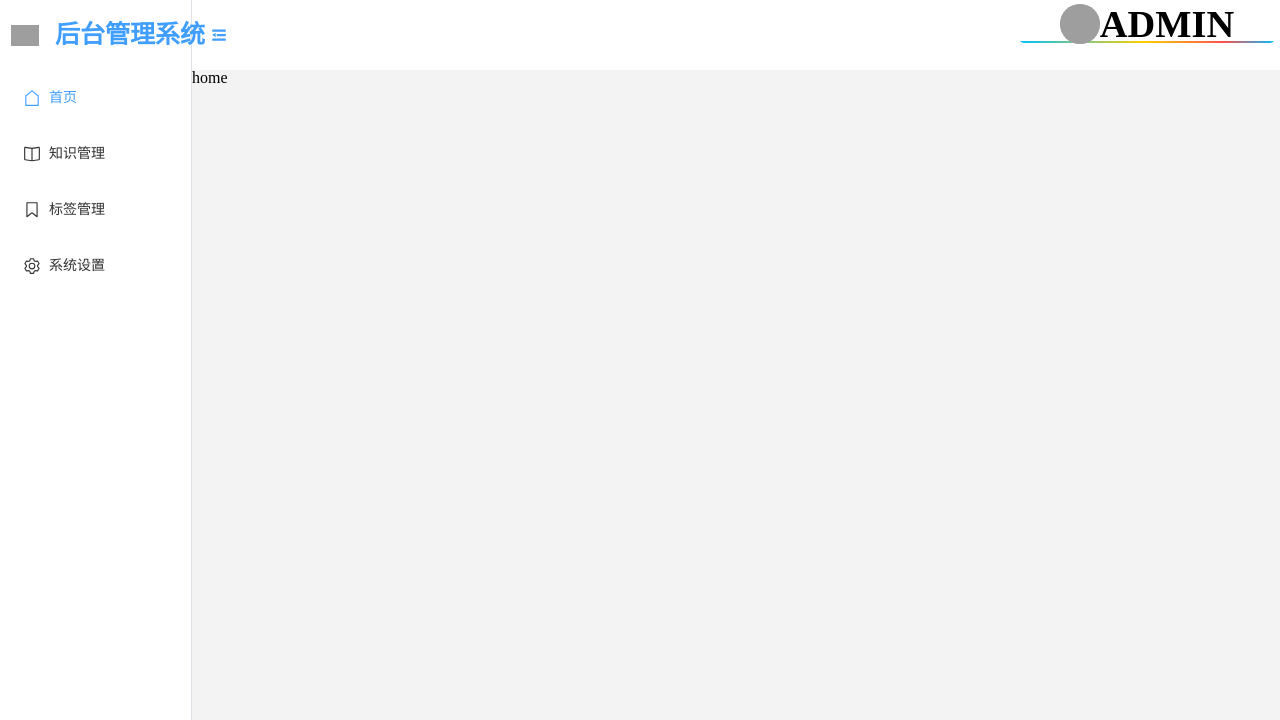
Repository: serrrN/admin
Page: /
These files come from the project's save history. The page is drawn as it stood at one moment and after the next save; the edit follows.
The browser window is 1280 px wide. The pictures show the whole page.
Pictures or frames that could not be fetched are drawn as grey boxes. The project was rebuilt for these pictures with package versions that can differ from the ones it lists, and the page was loaded fresh each time. Also part of the build but not shown: vite.config.ts, src/styles/index.scss.

Above is the page before, as saved 2024-06-05 17:45:40.

After the next save:
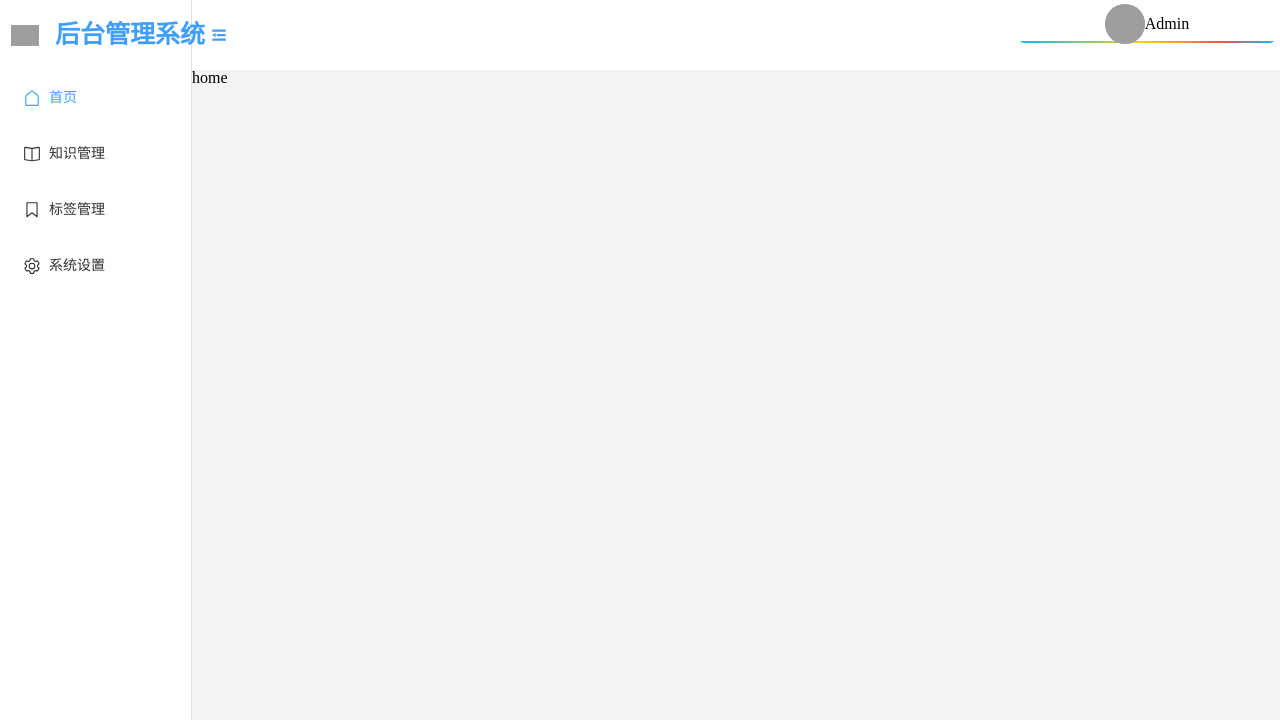
Saved 14 s later.
--- a/src/layout/header/menu/index.vue
+++ b/src/layout/header/menu/index.vue
@@ -16,9 +16,6 @@
   display:flex;
   align-items:center;
   justify-content:center;
-  text-transform:uppercase;
-  font-size:3vw;
-  font-weight:bold;
   position: relative;
   z-index: 1;
   margin: 5px;
